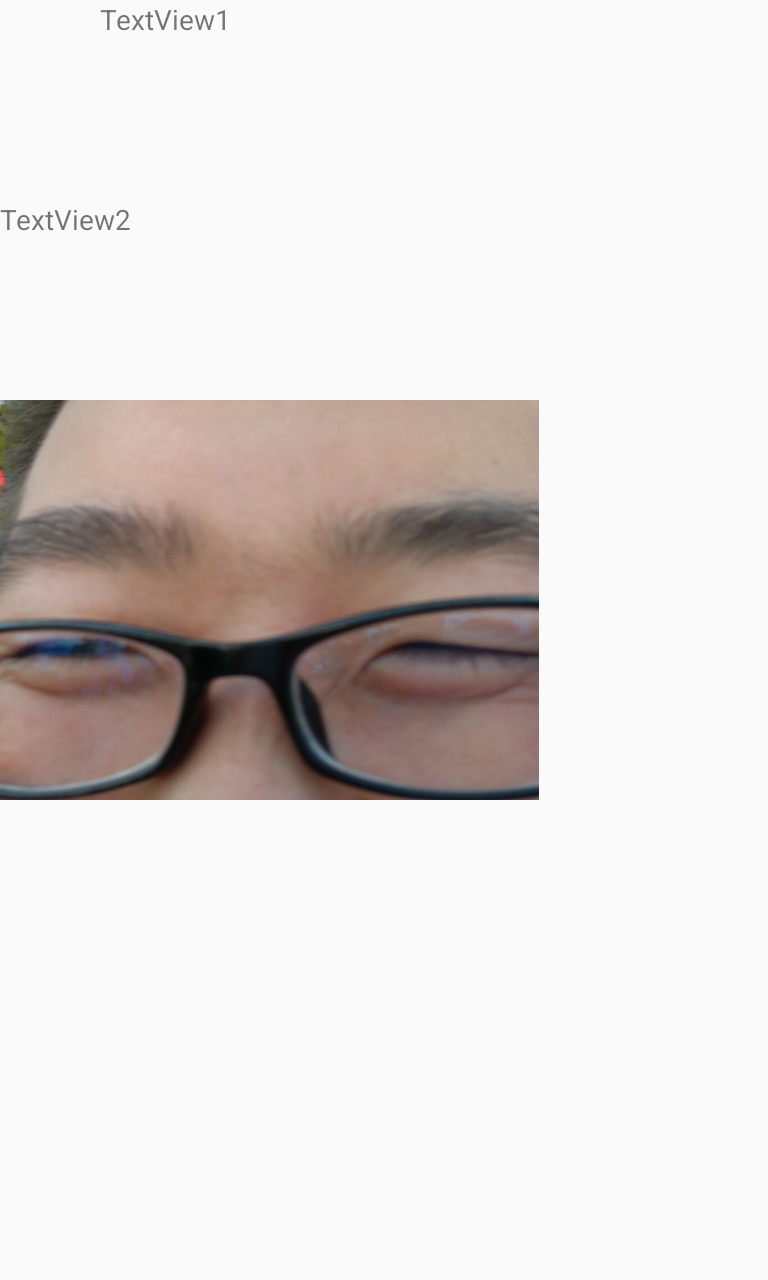
Repository: mjchow/qiuyi
Layout: demo1/res/layout/activity_main.xml
An editor plug-in stored every save of this project. The layout is shown before and after the next save, followed by the edit.
It is drawn on a 768 x 1280 px phone screen (xhdpi) without system bars, with theme AppTheme; the app's code is not run.

Above is the layout before, as saved 2014-12-25 15:57:43.

### demo1/res/layout/activity_main.xml
<FrameLayout xmlns:android="http://schemas.android.com/apk/res/android"
    xmlns:tools="http://schemas.android.com/tools"
    android:id="@+id/container"
    android:layout_width="match_parent"
    android:layout_height="match_parent"
    tools:context="com.example.demo1.MainActivity"
    tools:ignore="MergeRootFrame" >

    <ImageView
         android:id="@+id/imageview1"
         android:layout_marginTop="200dp"
         android:layout_width="500dp"
         android:layout_height="200dp"
         android:scaleType="fitStart"
         android:src="@drawable/ydt1" />
      <TextView
        android:id="@+id/textView1"
        android:layout_width="wrap_content"
        android:layout_height="wrap_content"
        android:layout_marginLeft = "50dp"
        android:text="TextView1" />

    <TextView
        android:id="@+id/textView2"
        android:layout_marginTop="100dp"
        android:layout_width="wrap_content"
        android:layout_height="wrap_content"
        android:text="TextView2" />

</FrameLayout>

Loaded but not shown: demo1/res/values/styles.xml (common file); demo1/res/values-v11/styles.xml (common file); demo1/res/values-v14/styles.xml (common file)

After the next save:
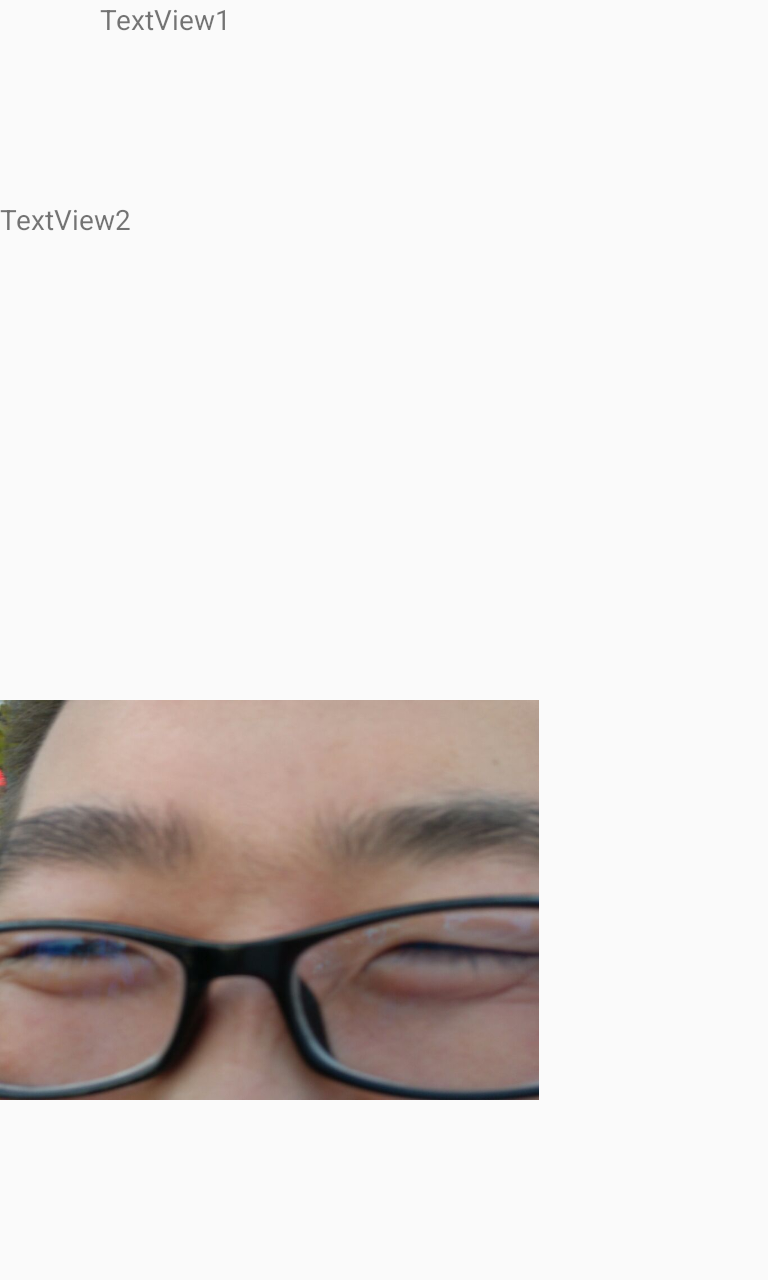
Saved 34 s later.
--- a/demo1/res/layout/activity_main.xml
+++ b/demo1/res/layout/activity_main.xml
@@ -8,8 +8,8 @@
 
     <ImageView
          android:id="@+id/imageview1"
-         android:layout_marginTop="200dp"
-         android:layout_width="500dp"
+         android:layout_marginTop="350dp"
+         android:layout_width="600dp"
          android:layout_height="200dp"
          android:scaleType="fitStart"
          android:src="@drawable/ydt1" />
